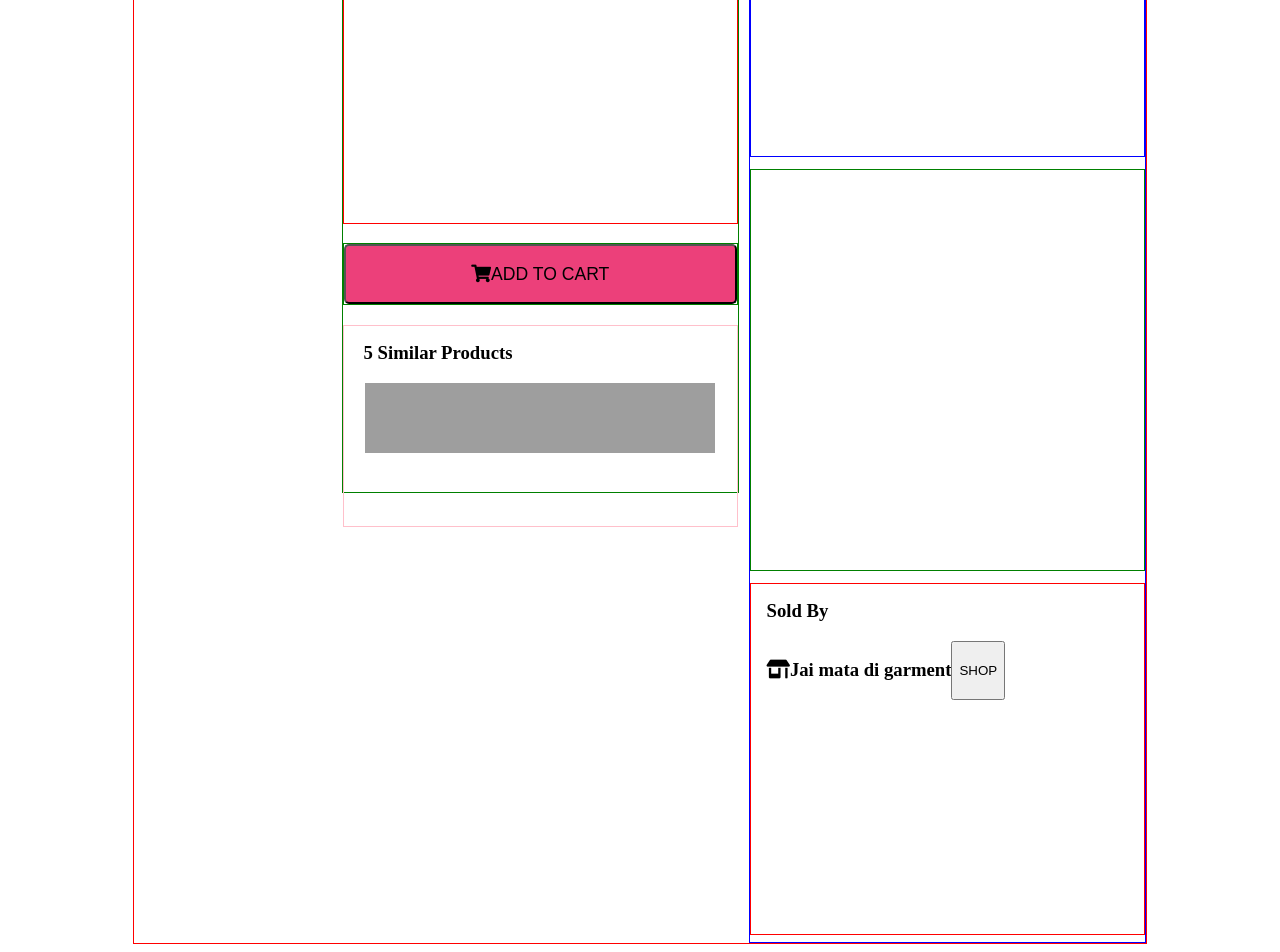
Repository: deepakxxxx/meesho
Page: catelog.html
These files come from the project's save history. The page is drawn as it stood at one moment and after a run of saves; the edit follows.
The browser window is 1280 px wide. The pictures show the part of the page from y = 419 to 1371 px (the page is 1371 px tall).
Pictures or frames that could not be fetched are drawn as grey boxes. A picture or video elsewhere on the page could not be fetched, so the positions and the page height are approximate.

Above is the page before, as saved 2021-11-06 17:43:41.

### catelog.html
<!DOCTYPE html>
<html lang="en">
<head>
    <meta charset="UTF-8">
    <meta http-equiv="X-UA-Compatible" content="IE=edge">
    <meta name="viewport" content="width=device-width, initial-scale=1.0">
    <link rel="stylesheet" href="https://use.fontawesome.com/releases/v5.15.4/css/all.css" integrity="sha384-DyZ88mC6Up2uqS4h/KRgHuoeGwBcD4Ng9SiP4dIRy0EXTlnuz47vAwmeGwVChigm" crossorigin="anonymous">
    <title>Document</title>
</head>
<style>
      #main{
        width: 100%;
        height: 136px;
        border: 1px solid white;
        margin: auto;
        /* position: fixed; */
    }
    #top{
        width: 100%;
        height: 70px;
        /* border: 1px solid red; */
        display: flex;

    }
    #left{
        display: flex;
        width: 55%;
    }
    #meesho{
      text-decoration: none;
      font-size: 50px;
      color: #F06292;
      font-weight: bold;
      margin-left: 25%;
      margin-top: 1%;
      /* margin-right: 0px; */
    }
    #search{
        /* margin-left: 30%; */
        height: 60px;
        width: 400px;
        border-radius: 6px;
        margin-top: 1%;
        /* margin-left: 0px; */
        border: 1px solid #BDBDBD;
        font-size: 90%;
        /* margin-right: 60%; */
    }
    #right{
        display: flex;
        list-style-type: none;
        column-gap: 30px;

    }
    #rightmain{
        width: 45%;
        margin-right: 6%;
        /* margin-top: 9px; */
    }
    #app{
        text-decoration: none;
        margin-left: 10px;
        margin-top: 9px;
        font-size: 103%;
        color: black;
    }
    #supp{
        text-decoration: none;
        margin-top: 9px;
        font-size: 103%;
        color: black;
    }
    #profile{
        text-decoration: none;
        font-size: 103%;
        color: black;
    }
    #cart{
        text-decoration: none;
        font-size: 103%;
        color: black;
    }
    #app:hover{
        color: #EC407A;
        text-decoration: underline;
    }
    #profile:hover{
        color: #EC407A;
        text-decoration: underline;
    }
    .line1{
        height: 30px;
    }
    .line2{
        color: #BDBDBD;
    }
    #heading
    {
        width: 73%;
        margin:  5% auto auto auto ;
        display: grid;
        grid-template-columns: 23% 54% 23%;
        padding: 1%;
        position: sticky;
    }
    #topic{
        margin-top:-15px;
        text-align: center;
    }
    #collection{
        display: flex;
        margin-left: 2%;
        list-style-type: none;
        font-size: 105%;
        column-gap: 63px;

    }
    ul > a{
        text-decoration: none;
        color: black;
    }
    ul > a :hover{
        color: #EC407A;
        /* text-decoration: underline; */
    }
    #container{
        width: 80%;
        border: 1px solid red;
        margin: auto;
        display: flex;
        margin-top: 1%;
        column-gap: 1%;
    }
    #smallImg{
        width: 20%;
        /* border: 1px solid blue; */
        height: 300px;
    }
    #bigImg{
        width: 40%;
        border: 1px solid green;
        height: 750px;
    }
    #descr{
        width: 40%;
        border: 1px solid blue;
        height: 1200px;
    }
    .product_sneek_peek{
        width: 70px;
        height: 70px;
        border: 1px solid red;
        margin-left: 69%;
        border-radius: 5px;
    }
    #imgDi{
        width: 99.5%;
        height: 480px;
        border: 1px solid red;
    }
    #addto{
        width: 99.5%;
        height: 60px;
        border: 1px solid green;
        margin-top: 5%;
    }
    #addto > button{
        width: 100%;
        height: 100%;
        background-color: #EC407A;
        font-size: 110%;
        border-radius: 5px;
    }
    #similar{
        width: 99.5%;
        height: 200px;
        border: 1px solid pink;
        margin-top: 5%;
    }
    #deta{
        width: 99.5%;
        height: 200px;
        border: 1px solid red;
    }
    #sizes{
        width: 99.5%;
        height: 200px;
        border: 1px solid blue;
        margin-top: 3%;
    }
    #infor{
        width: 99.5%;
        height: 400px;
        border: 1px solid green;
        margin-top: 3%;
    }
    #deler{
        width: 99.5%;
        height: 350px;
        border: 1px solid red;
        margin-top: 3%;
    }
    #similar > h3{
        margin-left: 5%;
        margin-top: 4%;
    }
    #simimg{
        display: flex;
        justify-content: center;
    }
    #simimg > img{
        width: 70px;
        height: 70px;
    }
    #deler > h3{
        margin-top: 4%;
        margin-left: 4%;
    }
    #sho{
        display: flex;
        margin-left: 4%;
    }
</style>
<body>
    <div id="main">

        <div id="top">
            <div id="left">
             <span><a href="" id="meesho"><img src="https://cdn.hevodata.com/customer/logo/8c76f62bd88177a78bb6e2810a244446.png" alt="" rel = "icon" width="40%"></span></a>
             <span><input type="search" id="search" placeholder="Try Saree,Kurti or Search by Product Code"> </span>
            </div>
            <div id="rightmain">
                <ul id="right">
                    <div id="app">
                      <li><a href="" id="app"><i class="fas fa-mobile-alt"></i></a><a href="" id="app">Download App</a></li>

                    </div>
                    <hr class="line1">
                    <div id="supp">
                      <li><a href="" id="supp">Become a Supplier</a></li>

                    </div>
                    <hr class="line1">
                    <div>
                       <a href="" id="profile"><i class="far fa-user"></i></a>
                      <li><a href="" id="profile">Profile</a></li>
                    </div>

                    <hr class="line1">
                    <div>
                      <a href="" id="cart"><i class="fas fa-shopping-cart"></i></a>
                      <li><a href="" id="cart">Cart</a></li></li>
                    </div>

                </ul>
            </div>
        </div>

        <hr class="line2">
        <div id="secondLine">
        <ul id="collection">
            <a href="" class="same"><li>Women Ethnic</li></a>

            <a href="" class="same"><li>Women Western</li></a>

            <a href="" class="same"><li>Jewellery & Accessories</li></a>
            <a href="" class="same"><li>Men</li></a>
            <a href="" class="same"><li>Beauty & Health</li></a>
            <a href="" class="same"><li>Bags & Footwear</li></a>
            <a href="" class="same"><li>Home & Kitchen</li></a>
            <a href="" class="same"><li>Kids</li></a>
            <a href="" class="same"><li>Electronics</li></a>
        </ul>
      </div>
      <hr class="line2">
    </div>

    <div id="container">
        <div id="smallImg">
            <div class="product_sneek_peek">

            </div>
        </div>
        <div id="bigImg">
            <div id="imgDi">

            </div>
            <div id="addto">
                <button><i class="fas fa-shopping-cart"></i>ADD TO CART</button>
            </div>
            <div id="similar">
            <h3>5 Similar Products</h3>
            <div id="simimg">
                <img src="https://images.meesho.com/images/products/59272960/fddtp_512.jpg"/>
                <img src="https://images.meesho.com/images/products/59272964/a4l8y_512.jpg"/>
                <img src="https://images.meesho.com/images/products/59272962/azz7k_512.jpg"/>
                <img src="https://images.meesho.com/images/products/59272963/a5qjv_512.jpg"/>
                <img src="https://images.meesho.com/images/products/59272961/mx9tt_512.jpg"/>
            </div>
            </div>
        </div>
        <div id="descr">
            <div id="deta"></div>
            <div id="sizes"></div>
            <div id="infor"></div>
            <div id="deler">
                <h3>Sold By</h3>
                <div id="sho">
                    <h3><i class="fas fa-store-alt"></i>Jai mata di garment</h3>
                    <button>SHOP</button>
                </div>

            </div>
        </div>
    </div>
</body>
</html>

After the next 3 saves:
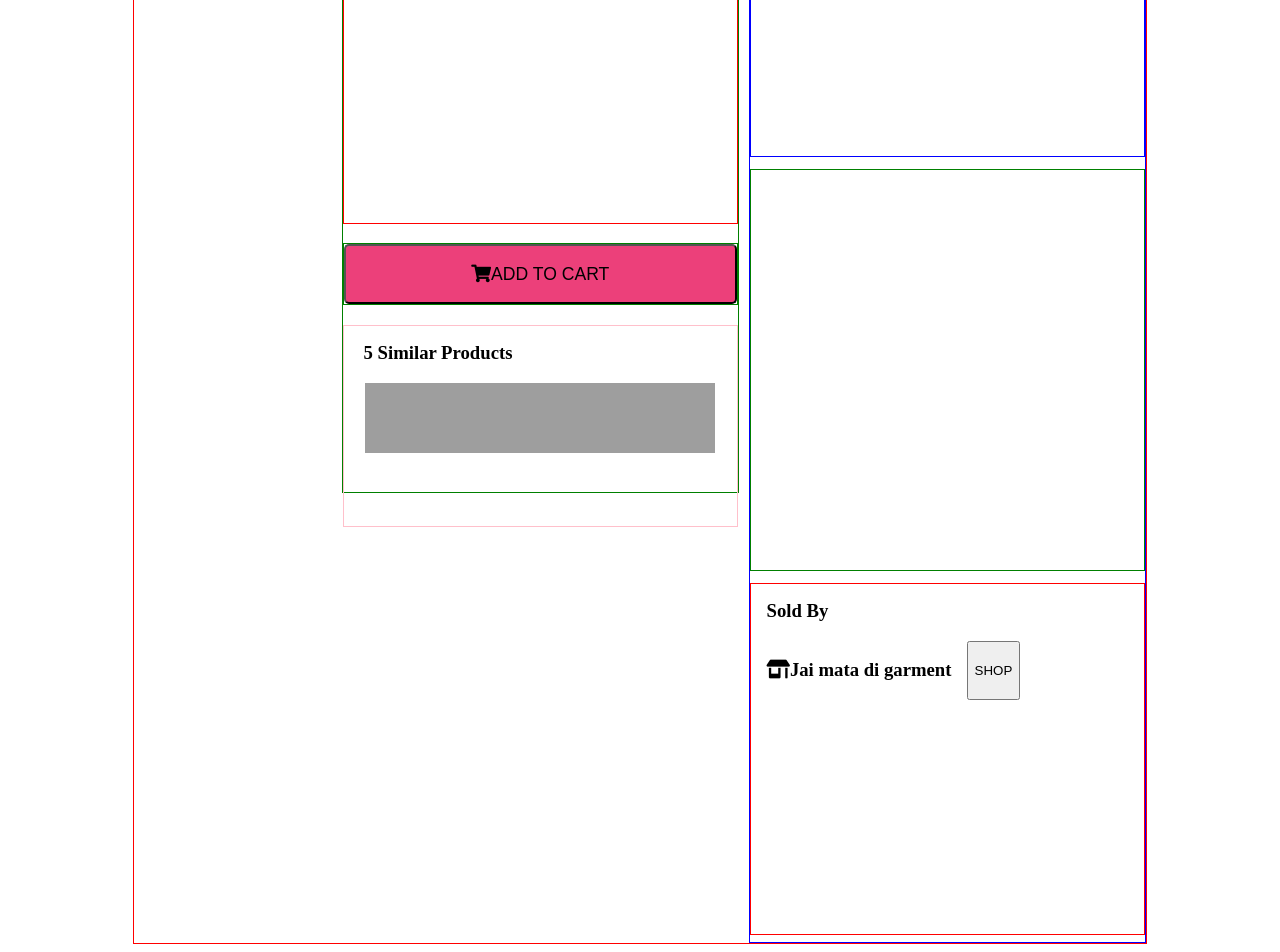
The 3 saves are shown as one change because they came seconds apart.
The last was saved 9 s later.
--- a/catelog.html
+++ b/catelog.html
@@ -219,6 +219,7 @@
     #sho{
         display: flex;
         margin-left: 4%;
+        column-gap: 4%;
     }
 </style>
 <body>
